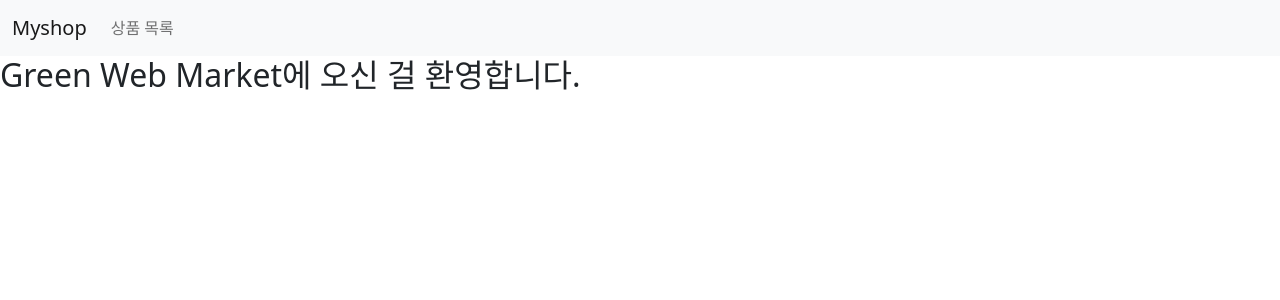
Repository: Yunkieun/jspworks
Page: http://localhost/Market/
An editor plug-in stored every save of this project. The page is shown before and after the next save, followed by the edit.
The browser window is 1280 px wide. The pictures show the whole page.
The page is served by Tomcat 9. Nobody is signed in. The application's start-up code is not run. Other server files are loaded and not shown.

Above is the page before, as saved 2023-07-19 08:45:46.

### Market/src/main/webapp/index.jsp
<%@ page language="java" contentType="text/html; charset=UTF-8"
    pageEncoding="UTF-8"%>
<!DOCTYPE html>
<html>
<head>
<meta charset="UTF-8">
<title>Welcome~</title>
<link rel="stylesheet" href="resources/css/bootstrap.css">
<script src="resources/js/bootstrap.js"></script>
</head>
<body>
	<jsp:include page="header.jsp" />
	<h2>Green Web Market에 오신 걸 환영합니다.</h2>
</body>
</html>

### Market/src/main/webapp/header.jsp
<%@ page language="java" contentType="text/html; charset=UTF-8"
    pageEncoding="UTF-8"%>
<nav class="navbar navbar-expand-lg navbar-light bg-light">
  <div class="container-fluid">
    <a class="navbar-brand" href="index.jsp">Myshop</a>
    <button class="navbar-toggler" type="button" data-bs-toggle="collapse" data-bs-target="#navbarSupportedContent" aria-controls="navbarSupportedContent" aria-expanded="false" aria-label="Toggle navigation">
      <span class="navbar-toggler-icon"></span>
    </button>
    <div class="collapse navbar-collapse" id="navbarSupportedContent">
      <ul class="navbar-nav me-auto mb-2 mb-lg-0">
        <li class="nav-item">
          <a class="nav-link" href="/productList.do">상품 목록</a>
        </li>
      </ul>
    </div>
  </div>
</nav>

Loaded but not shown: Market/src/main/webapp/resources/css/bootstrap.css (library); Market/src/main/webapp/resources/js/bootstrap.js (library)

After the next save:
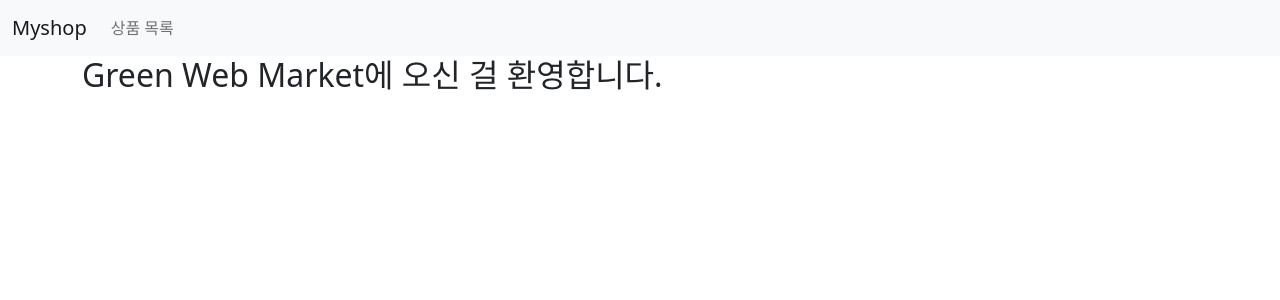
Saved 78 s later.
--- a/Market/src/main/webapp/index.jsp
+++ b/Market/src/main/webapp/index.jsp
@@ -10,6 +10,8 @@
 </head>
 <body>
 	<jsp:include page="header.jsp" />
-	<h2>Green Web Market에 오신 걸 환영합니다.</h2>
+	<div class="container">
+		<h2>Green Web Market에 오신 걸 환영합니다.</h2>
+	</div>
 </body>
 </html>
